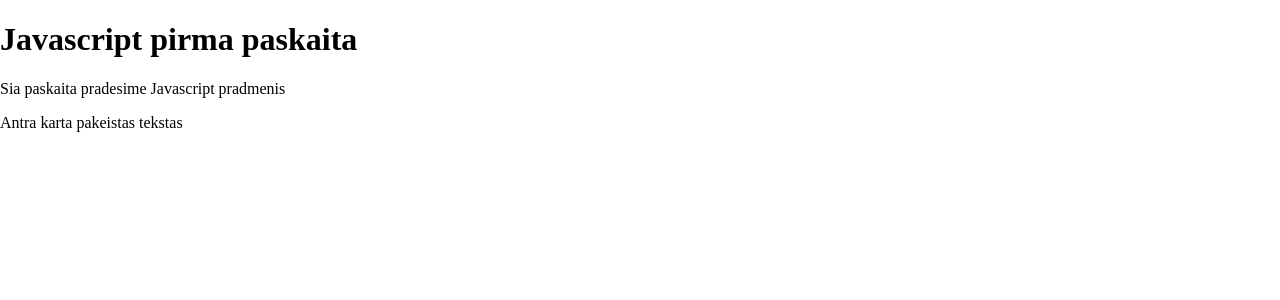
Repository: motiejus1/16-paskaita-05.31
Page: index.html
An editor plug-in stored every save of this project. The page is shown before and after a run of saves, followed by the edit.
The browser window is 1280 px wide. The pictures show the whole page.

Above is the page before, as saved 2021-06-28 18:49:24.

### index.html
<!DOCTYPE html>
<html lang="en">
<head>
    <meta charset="UTF-8">
    <meta http-equiv="X-UA-Compatible" content="IE=edge">
    <meta name="viewport" content="width=device-width, initial-scale=1.0">
    <title>16 paskaita</title>
    <style>
        body {
            max-width: 1920px;
            margin: auto;
        }

        .keiciamas-turinys {

        }
    </style>

</head>
<body>
    <h1>Javascript pirma paskaita</h1>
    <p>Sia paskaita pradesime Javascript pradmenis</p>

    <p class="keiciamas-turinys">Cia keiciamas turinys</p>
    <script>
        //
        //pasirinkome elementa
        document.querySelector(".keiciamas-turinys").innerHTML = "Sekmingai pakeiciau p elemento teksta";
        console.log(document.querySelector(".keiciamas-turinys").innerHTML); // ???? "Sekmingai pakeiciau p elemento teksta"
        document.querySelector(".keiciamas-turinys").innerHTML = "Antra karta pakeistas tekstas";
        console.log(document.querySelector(".keiciamas-turinys").innerHTML); //???? "Antra karta pakeistas tekstas"


        //pasirinkta elementa isvedame i console
        console.log(document.querySelector(".keiciamas-turinys").innerHTML); //???? "Antra karta pakeistas tekstas"



        //1.Priskyrimas - mes pasirenkame kazkoki elementa is turinio
        //2. Atliekami pakeitimai;
        //3. Yra atvaizduojami - console.log; tiesiai i dizaina

    </script>
</body>
</html>

After the next 3 saves:
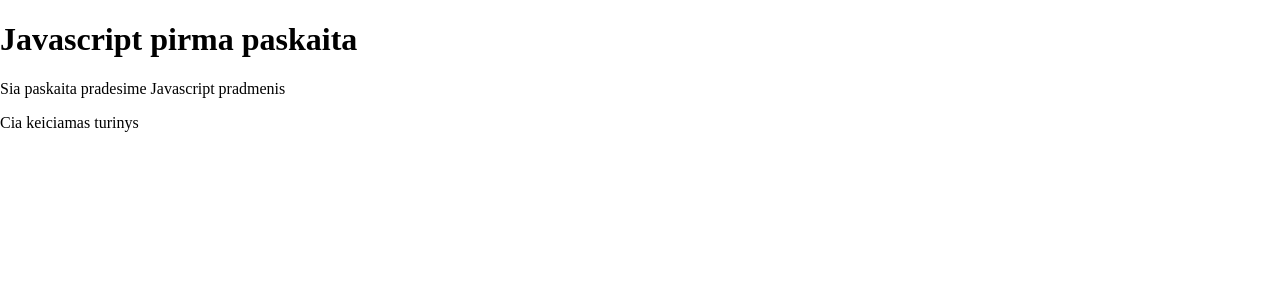
The 3 saves are shown as one change because they came seconds apart.
The last was saved 5 min 31 s later.
--- a/index.html
+++ b/index.html
@@ -25,9 +25,9 @@
     <script>
         //
         //pasirinkome elementa
-        document.querySelector(".keiciamas-turinys").innerHTML = "Sekmingai pakeiciau p elemento teksta";
-        console.log(document.querySelector(".keiciamas-turinys").innerHTML); // ???? "Sekmingai pakeiciau p elemento teksta"
-        document.querySelector(".keiciamas-turinys").innerHTML = "Antra karta pakeistas tekstas";
+        // document.querySelector(".keiciamas-turinys").innerHTML = "Sekmingai pakeiciau p elemento teksta";
+        // console.log(document.querySelector(".keiciamas-turinys").innerHTML); // ???? "Sekmingai pakeiciau p elemento teksta"
+        // document.querySelector(".keiciamas-turinys").innerHTML = "Antra karta pakeistas tekstas";
         console.log(document.querySelector(".keiciamas-turinys").innerHTML); //???? "Antra karta pakeistas tekstas"
 
 
